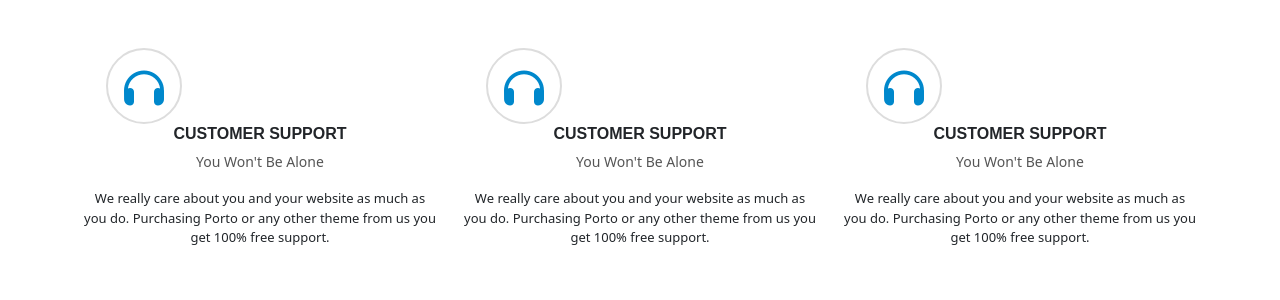
Repository: NguyenDo13/BE2-NhomH
Page: module-9/index/index.html
The author's editor kept a copy of each file at every save. The page is drawn from the files as they stood at one save, then again after a run of saves.
The browser window is 1280 px wide. The pictures show the whole page.

Above is the page before, as saved 2022-05-15 11:55:02.

After the next 2 saves:
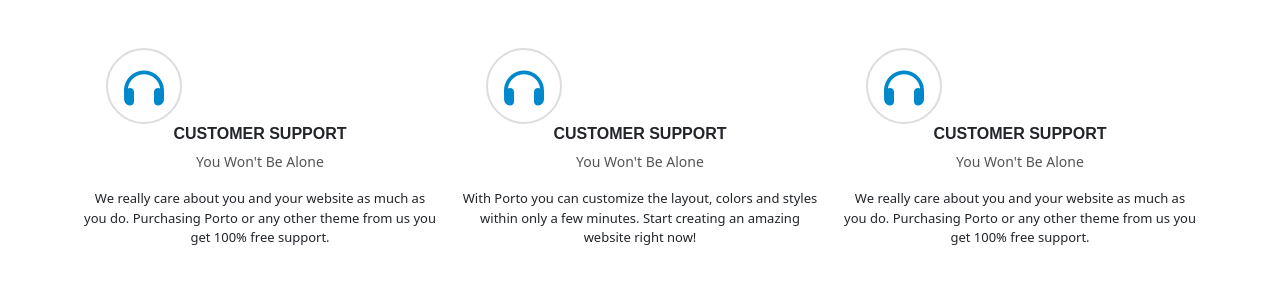
The 2 saves are shown as one change because they came seconds apart.
The last was saved 25 s later.
--- a/module-9/index/index.html
+++ b/module-9/index/index.html
@@ -53,7 +53,7 @@
                             <p style="font-weight: 500; font-size: 14px; line-height: 22px; color: #555555;">You Won't Be Alone</p>
                         </div>
                         <div class="portodescription" style="font-size: 13px">
-                            We really care about you and your website as much as you do. Purchasing Porto or any other theme from us you get 100% free support.
+                            With Porto you can customize the layout, colors and styles within only a few minutes. Start creating an amazing website right now!
                         </div>
                     </div>
                 </div>
